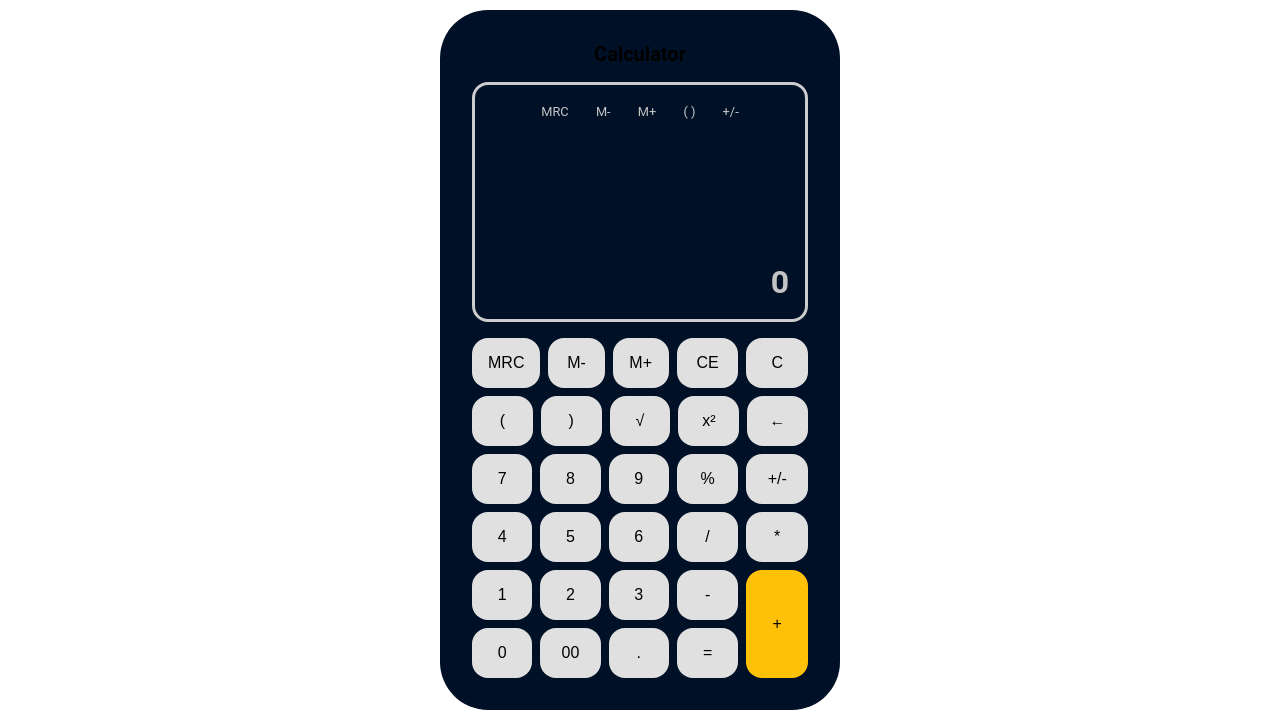
Repository: Denis793/CalculatorNew
Page: index.html
These files come from the project's save history. The page is drawn as it stood at one moment and after the next save; the edit follows.
The browser window is 1280 px wide. The pictures show the whole page.
The style sheet was rebuilt from its Sass, Less or Tailwind sources for each picture, by a compiler version that may differ from the author's.

Above is the page before, as saved 2025-05-17 19:20:07.

After the next save:
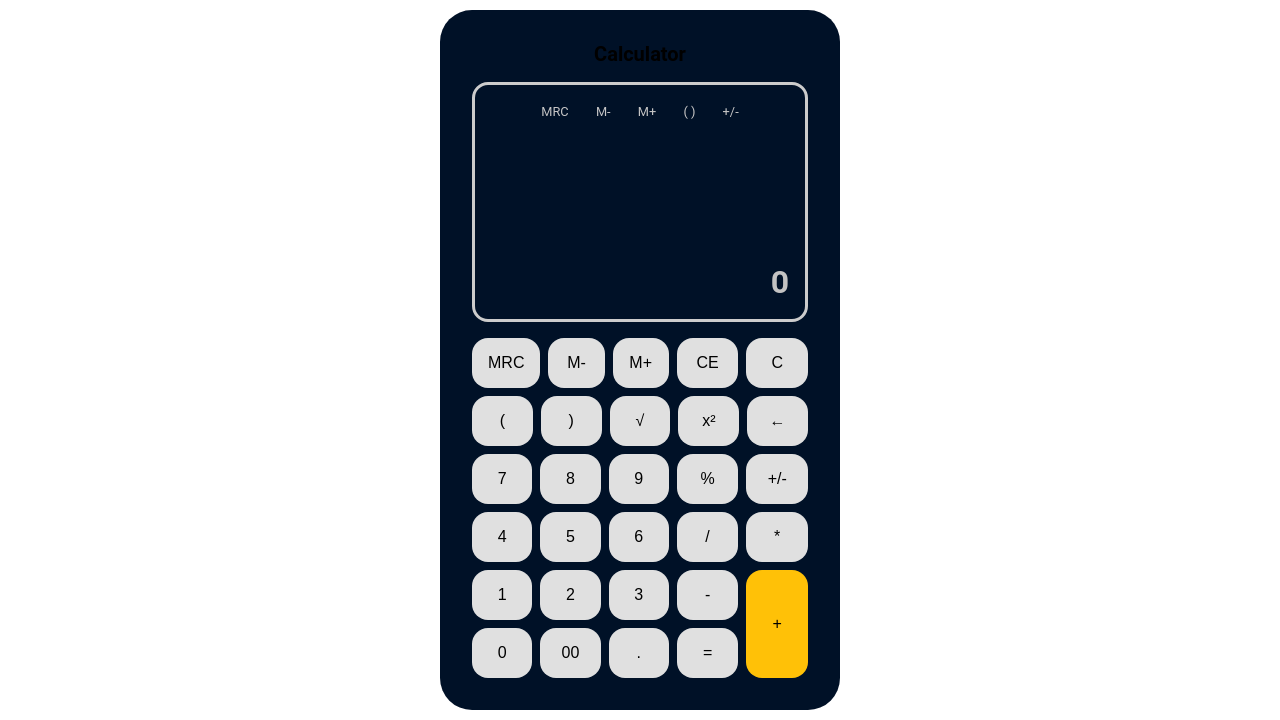
Saved 6 s later.
--- a/app/style/scss/main.scss
+++ b/app/style/scss/main.scss
@@ -7,7 +7,7 @@
   padding: 2rem;
   height: auto;
   background: #001127;
-  border-radius: 3rem;
+  border-radius: 2rem;
 }
 
 h1 {
